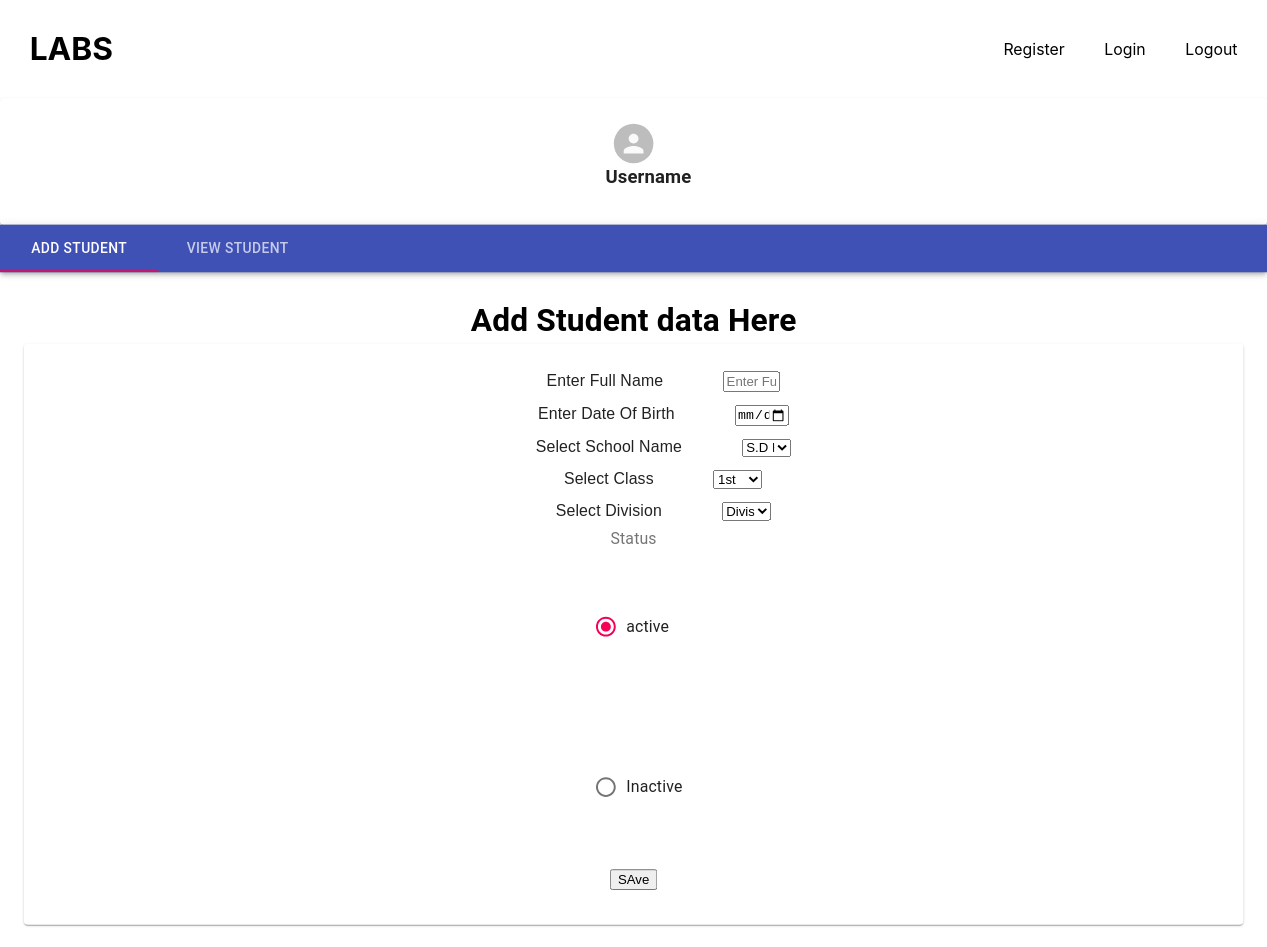
Repository: Prafullkuma/labsdata
Page: /admin
An editor plug-in stored every save of this project. The page is shown before and after the next save, followed by the edit.
The browser window is 1280 px wide. The pictures show the whole page, at 99% of full size.
The project was rebuilt for these pictures with package versions that can differ from the ones it lists, and the page was loaded fresh each time. Also part of the build but not shown: src/Component/Student/ViewStudent.js, src/Component/Main.js, src/Auth/Login.js, src/Auth/Signup.js, src/Auth/Logout.js.

Above is the page before, as saved 2020-08-25 18:45:59.

After the next save:
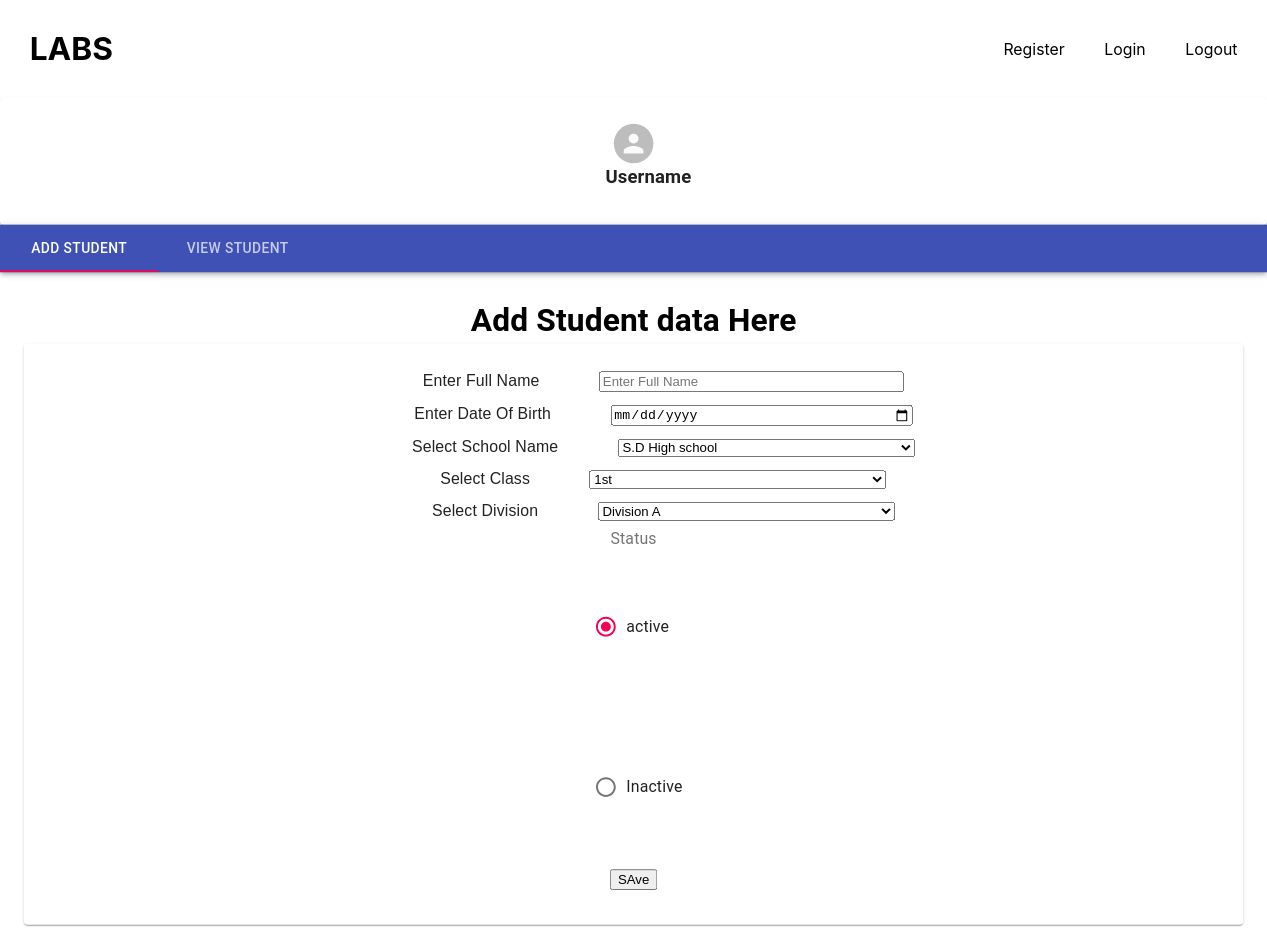
Saved 5 s later.
--- a/src/Component/Student/addstudent.css
+++ b/src/Component/Student/addstudent.css
@@ -18,5 +18,5 @@ h3{
 }
 .Data_use input,select{
 margin-bottom: 10px;
-width: 50px;
+width: 300px;
 }
